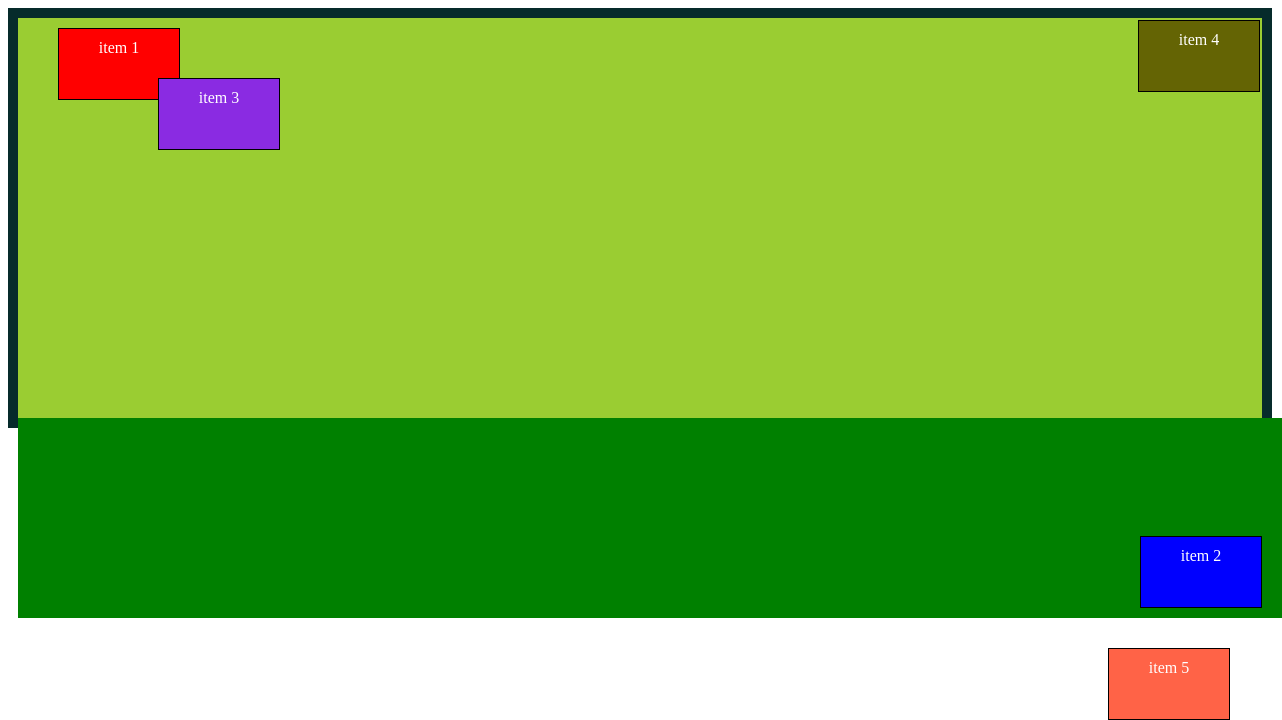
Repository: nmaury/TpsCambodge
Page: InternetProgramming/Css/sample.html
An editor plug-in stored every save of this project. The page is shown before and after the next save, followed by the edit.
The browser window is 1280 px wide. The page is 1282 px wide, then 1280 px, so the pictures cover 1282 px, including what lies to the right of the window. The pictures show the whole page.

Above is the page before, as saved 2022-12-06 03:01:04.

### InternetProgramming/Css/sample.html
<!DOCTYPE html>
<html>
<head>
    <link rel="stylesheet" href="sample.css">
</head>
<body>
    <div class = "grand-parent">
    <div class="parent">
        <div class="item item1">item 1
        </div>
        <div class="item item3">item 3
        </div>
        <div class="item item4">item 4
        </div>
    </div>
    <div class="parent2">
        <div class="item item5">item 5
        </div>
        <div class="item item2">item 2
        </div>
    </div>
</div>
</body>
</html>

### InternetProgramming/Css/sample.css
.item{
    background-color: rgb(100,100,4);
    padding : 10px;
    width: 100px;
    height: 50px;
    color: white;
    text-align: center;
    position: absolute;
    border: 1px solid black;
}
.item1{
    background-color: red;
    left: 50px;
    top: 20px;
}
.item2{
    background-color: blue;
    bottom:10px;
    right: 20px;
}
.item3{
    background-color: blueviolet;
    left: 150px;
    top: 70px;
}
.item4{
    position: fixed;
    right: 20px;
    top: 20px;
    z-index: 5;
}
.item5{
    background-color: tomato;
    position: fixed;
    right:50px;
    bottom: 0px;
}
.parent{
    background-color: yellowgreen;
    width: 100%;
    height: 400px;
}
.parent2{
    background-color: green;
    width: 100%;
    height: 200px;
    position: absolute;
}
.grand-parent{
    background-color: rgb(6,43,43);
    padding: 10px;
    position: relative;
}

After the next save:
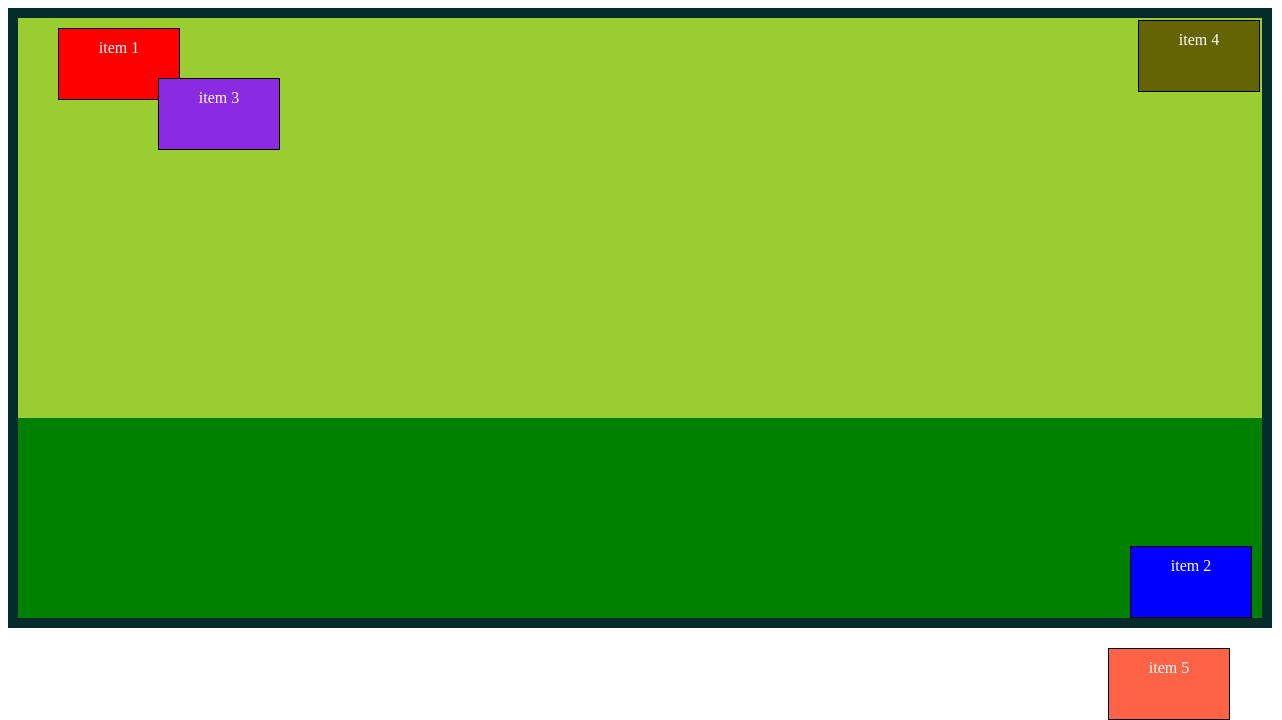
Saved 16 s later.
--- a/InternetProgramming/Css/sample.css
+++ b/InternetProgramming/Css/sample.css
@@ -44,7 +44,6 @@
     background-color: green;
     width: 100%;
     height: 200px;
-    position: absolute;
 }
 .grand-parent{
     background-color: rgb(6,43,43);
